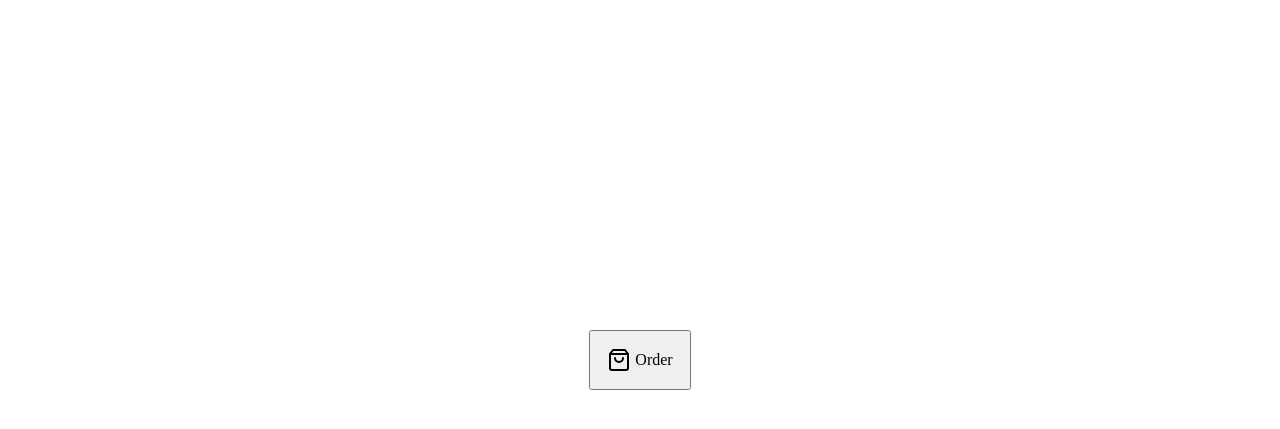
Repository: hjubsoni/hex-ocean-task
Page: /
The author's editor kept a copy of each file at every save. The page is drawn from the files as they stood at one save, then again after the next save.
The browser window is 1280 px wide. The pictures show the whole page.
The project was rebuilt for these pictures with package versions that can differ from the ones it lists, and the page was loaded fresh each time. Also part of the build but not shown: vite.config.ts.

Above is the page before, as saved 2023-03-20 21:09:50.

After the next save:
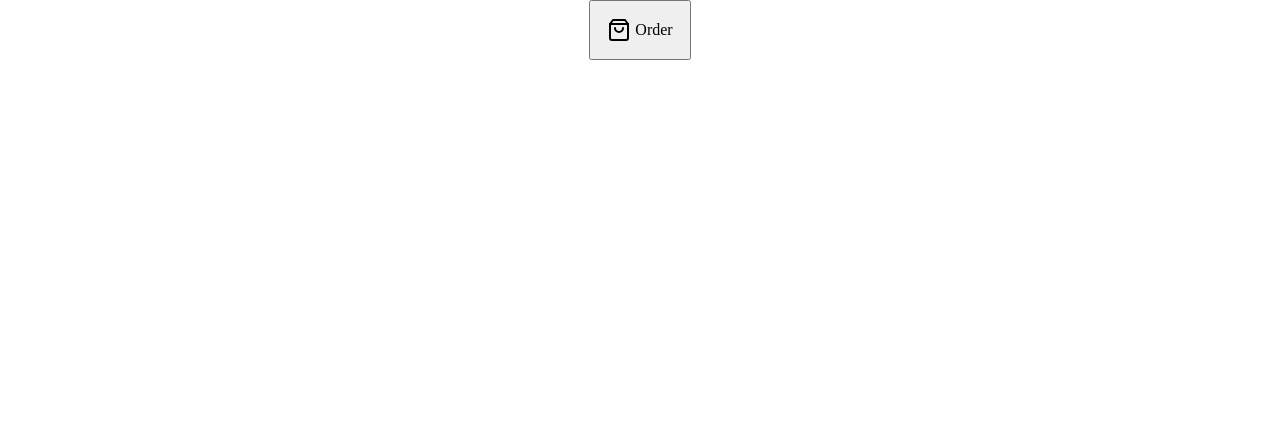
Saved 21 s later.
--- a/index.html
+++ b/index.html
@@ -10,7 +10,7 @@
     <title>Vite + React + TS</title>
   </head>
   <body>
-    <div id="root" style="height: 100%"></div>
+    <div id="root"></div>
     <script type="module" src="/src/main.tsx"></script>
   </body>
 </html>

After the save that followed:
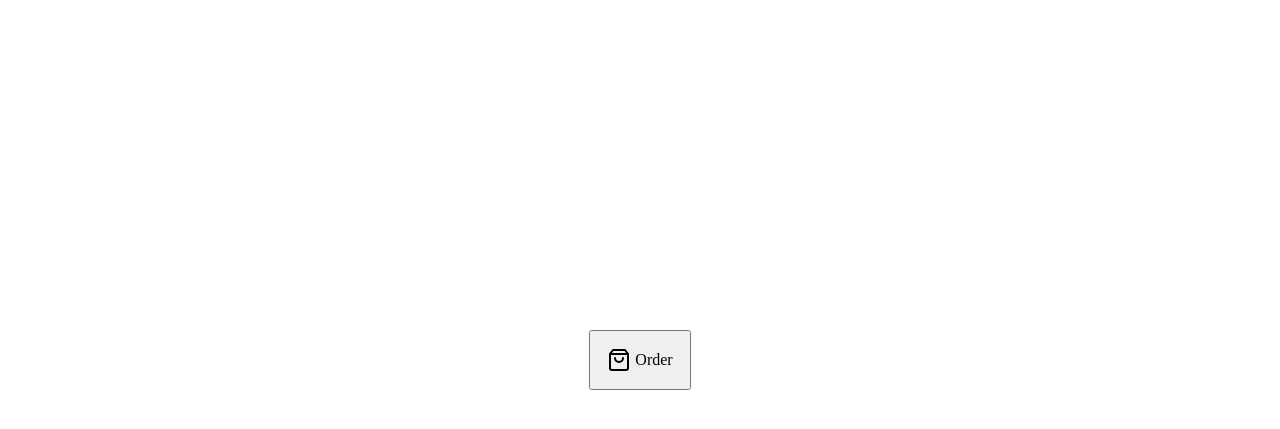
Saved 9 s later.
--- a/src/index.css
+++ b/src/index.css
@@ -9,7 +9,8 @@
 }
 
 html,
-body {
+body,
+#root {
   height: 100%;
 }
 
